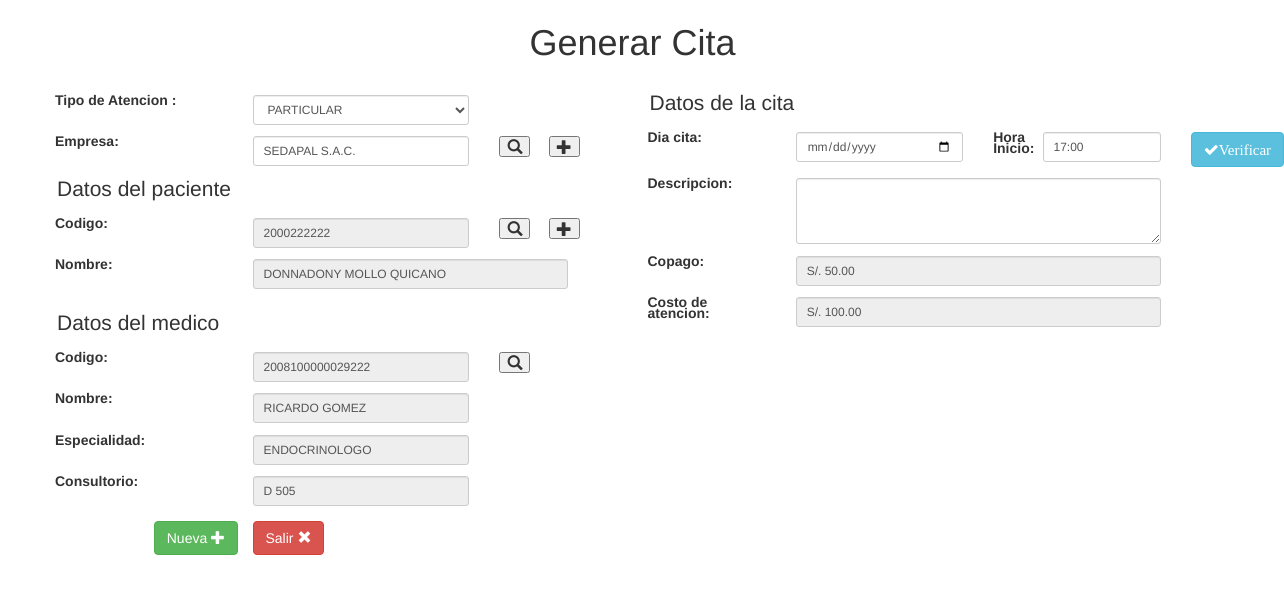
Repository: Donyx10/ADSII-ProyectoClinica
Page: http://localhost/AvanceWeb/GeneraCitaMedica.jsp
These files come from the project's save history. The page is drawn as it stood at one moment and after the next save; the edit follows.
The browser window is 1280 px wide. The page is 1284 px wide, so the pictures cover 1284 px, including what lies to the right of the window. The pictures show the whole page.
Some web fonts or font styles are not loaded; a fallback is used. The page is served by Tomcat 9. Other server files are loaded and not shown.

Above is the page before, as saved 2018-06-04 05:52:25.

### WebDemo/AvanceWeb/WebContent/GeneraCitaMedica.jsp
<!DOCTYPE html>
<html lang="esS">
<head>
<meta charset="UTF-8">
<meta name="viewport"
	content="width=device-width, initial-scale=1, maximum-scale=1, user-scalable=no">
<script type="text/javascript" src="js/jquery.min.js"></script>
<script type="text/javascript" src="js/jquery.dataTables.min.js"></script>
<script type="text/javascript" src="js/dataTables.bootstrap.min.js"></script>
<script type="text/javascript" src="js/bootstrap.min.js"></script>
<script type="text/javascript" src="js/bootstrapValidator.js"></script>
<link rel="stylesheet" href="css/bootstrap.css" />
<link rel="stylesheet" href="css/dataTables.bootstrap.min.css" />
<link rel="stylesheet" href="css/style.css" />
<link rel="stylesheet" href="css/bootstrapValidator.css" />
<link rel="stylesheet"
	href="https://cdnjs.cloudflare.com/ajax/libs/font-awesome/4.7.0/css/font-awesome.min.css">
<title>Generar Cita</title>

</head>
<body>

	<div class="container" style="padding-top: 3px; line-height: 0.8; padding-left: 0.01px;">
		<h1 align="center">Generar Cita</h1>
		<br>
		<br>
		<form action="generarCita" id="id_form">
			<div class="form-group row">
				<div class="col-md-6" >

					<div class="form-group row" align="left" id="atencion">
						<div class="col-md-12" >
							<div class="row">
								<div class="col-md-4">
									<label for="atencion">Tipo de Atencion : </label>
								</div>
								<div class="col-md-5">
									<select class="form-control input-sm" style="">
										<option>PARTICULAR
										<option>EPS
										<option>SEGURO
									</select>
								</div>
							</div>
							<br>
							<div class="row">
									<div class="col-md-4">
										<label class="" for="id_codigo">Empresa:</label>
									</div>
									<div class="col-md-5">
										<input class="form-control input-sm" type="text"
											value="SEDAPAL S.A.C." id="" name=""
											placeholder="Ingrese el codigo">
									</div>
									<div class="col-md-1" align="right">
										<button style="font-size: 15px">
											<i class="glyphicon glyphicon-search"></i>
										</button>
									</div>
									<div class="col-sm-1">
										<button style="font-size: 15px">
											<i class="glyphicon glyphicon-plus"></i>
										</button>
									</div>
								</div>

						</div>
					</div>

					<div class="form-group row" align="left" id="paciente">
						<div class="col-md-12" >
							<fieldset>
								<legend>Datos del paciente</legend>
								<div class="row">
									<div class="col-md-4">
										<label class="" for="id_codigo">Codigo:</label>
									</div>
									<div class="col-md-5">
										<input class="form-control input-sm" type="text" readonly="readonly"
											value="2000222222" id="" name=""
											placeholder="Ingrese el codigo">
									</div>
									<div class="col-md-1" align="right">
										<button style="font-size: 15px">
											<i class="glyphicon glyphicon-search"></i>
										</button>
									</div>
									<div class="col-sm-1">
										<button style="font-size: 15px">
											<i class="glyphicon glyphicon-plus"></i>
										</button>
									</div>
								</div>
								<br>
								<div class="row">
									<div class="col-md-4">
										<label class="" for="">Nombre:</label>
									</div>
									<div class="col-md-7">
										<input class="form-control input-sm" type="text" readonly="readonly"
											value="DONNADONY MOLLO QUICANO" id="" name=""
											placeholder="Ingrese el nombre" size="30">
									</div>
								</div>

							</fieldset>
						</div>

					</div>

					<br>
					<div class="form-group row" id="cita" >
						<div class="col-md-12">
						<fieldset>
								<legend>Datos del medico</legend>

								<div class="row">
									<div class="col-md-4">
										<label class="" for="id_codigo">Codigo:</label>
									</div>
									<div class="col-md-5">
										<input class="form-control input-sm" type="text" readonly="readonly"
											id="id_codigo" value="2008100000029222"
											name="computadora.nombre" placeholder="Ingrese el codigo">

									</div>
									<div class="col-md-1">
										<button style="font-size: 15px">
											<i class="glyphicon glyphicon-search"></i>
										</button>
									</div>
								</div>
								<br>
								<div class="row">
									<div class="col-md-4">
										<label class="" for="">Nombre:</label>
									</div>
									<div class="col-md-5">
										<input class="form-control input-sm" type="text" id="" readonly="readonly"
											value="RICARDO GOMEZ" name="" placeholder="Ingrese el nombre">
									</div>
								</div>
								<br>
								<div class="row">
									<div class="col-md-4">
										<label class="" for="">Especialidad:</label>
									</div>
									<div class="col-md-5">
										<input class="form-control input-sm" type="text" id="" name="" readonly="readonly"
											value="ENDOCRINOLOGO" placeholder="Ingrese la especialidad">
									</div>
								</div>
								<br>
								<div class="row">
									<div class="col-md-4">
										<label class="" for="">Consultorio:</label>
									</div>
									<div class="col-md-5">
										<input class="form-control input-sm" type="text" id="" name="" readonly="readonly"
											value="D 505" placeholder="Ingrese el consultorio">
									</div>
								</div>
							</fieldset>

						</div>
					</div>
					<div class="form-group row" id="botones">
						<div class="col-md-2" align="center"></div>
						<div class="col-md-2" align="center">
							<button type="submit" class="btn btn-success">
								Nueva <span class="glyphicon glyphicon-plus"></span>
							</button>
						</div>
						<div class="col-md-2" align="center">
							<button type="submit" class="btn btn-danger">
								Salir <span class="glyphicon glyphicon-remove"></span>
							</button>
						</div>
					</div>
				</div>
				<div class="col-md-6" >
					<div class="form-group row" id="medico"
						>
						<div class="col-md-12" >
							<fieldset>
								<legend>Datos de la cita </legend>
								<!--
								<div class="row">
									<div class="col-md-3">
										<label class="" for="">Especialidad:</label>
									</div>
									<div class="col-md-4">
										<select class="form-control input-sm">
											<option>TRAUMATOLOGIA
											<option>CIRUJIA
											<option>GINECOLOGIA
										</select>
									</div>
								</div>
								<br>
								 -->
								<!--
						<div class="row">
							<div class="col-md-3">
								<label class="" for="">Numero:</label>
							</div>
							<div class="col-md-3">
								<input class="form-control" type="text" id="" name="" value="001-000029"
									size="10" placeholder="Numero">
							</div>
						</div>
						<br>-->
								<div class="row">
									<div class="col-md-3">
										<label class="" for="id_codigo">Dia cita:</label>
									</div>
									<div class="col-md-4">
										<input class="form-control input-sm" type="date" id=""
											value="5/18/2018" name="" placeholder="Dia" size="10">

									</div>

									<div class="col-md-1">
										<label class="" for="id_codigo">Hora Inicio:</label>
									</div>
									<div class="col-md-3">
										<input class="form-control input-sm" type="text" id="" name=""
											value="17:00" placeholder="Hora" size="10">

									</div>
									<div class="col-md-1">
										<button style="font-size: 15px" class="btn btn-info">
											<i class="fa fa-check">Verificar</i>
										</button>

									</div>
								</div>
								<br>
								<div class="row">
									<div class="col-md-3">
										<label class="" for="">Descripcion:</label>
									</div>
									<div class="col-lg-8">
										<textarea class="form-control input-sm" rows="3" id="comment"></textarea>
									</div>
								</div>
								<br>
								<div class="row">
									<div class="col-md-3">
										<label class="" for="">Copago:</label>
									</div>
									<div class="col-lg-8">
										<input class="form-control input-sm" type="text" id="" name="" readonly="readonly"
											value="S/. 50.00" placeholder="Hora" size="10">
									</div>
								</div>
								<br>
								<div class="row">
									<div class="col-md-3">
										<label class="" for="">Costo de atencion:</label>
									</div>
									<div class="col-lg-8">
										<input class="form-control input-sm" type="text" id="" name="" readonly="readonly"
											value="S/. 100.00" placeholder="Hora" size="10">
									</div>
								</div>
							</fieldset>
						</div>
					</div>
				</div>
			</div>
		</form>
	</div>
</body>
</html>

### WebDemo/AvanceWeb/WebContent/css/style.css


.table-fixed {
	width: 100%;
	background-color: #f3f3f3;
}

.table-fixed tbody {
	height: 120px;
	overflow-y: auto;
	width: 100%;
}

.table-fixed thead, .table-fixed tbody, .table-fixed tr, .table-fixed td,
	.table-fixed th {
	display: block;
}

.table-fixed tbody td {
	float: left;
}

.table-fixed thead tr th {
	float: left;
	background-color: #f39c12;
	border-color: #e67e22;
}

legend {
    display: block;
    padding-left: 2px;
    padding-right: 2px;
    border: none;
}

Loaded but not shown: WebDemo/AvanceWeb/WebContent/js/jquery.min.js (library); WebDemo/AvanceWeb/WebContent/js/jquery.dataTables.min.js (library); WebDemo/AvanceWeb/WebContent/js/dataTables.bootstrap.min.js (common file); WebDemo/AvanceWeb/WebContent/js/bootstrap.min.js (library); WebDemo/AvanceWeb/WebContent/js/bootstrapValidator.js (library); WebDemo/AvanceWeb/WebContent/css/bootstrap.css (library); WebDemo/AvanceWeb/WebContent/css/dataTables.bootstrap.min.css (library); WebDemo/AvanceWeb/WebContent/css/bootstrapValidator.css (common file)

After the next save:
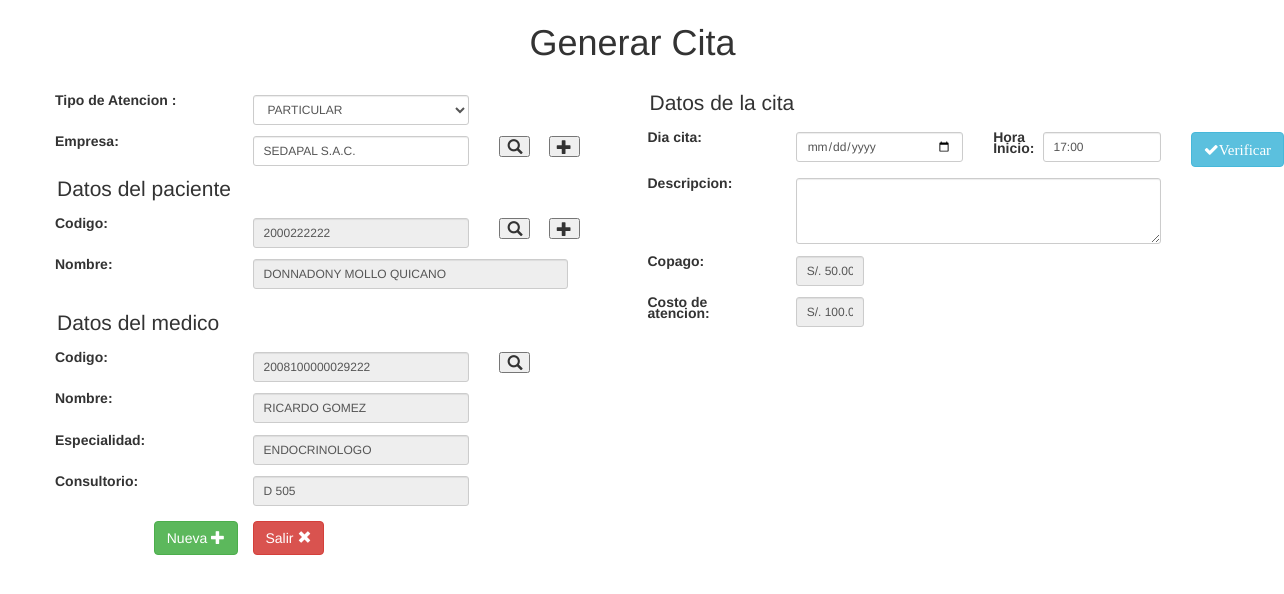
Saved 33 s later.
--- a/WebDemo/AvanceWeb/WebContent/GeneraCitaMedica.jsp
+++ b/WebDemo/AvanceWeb/WebContent/GeneraCitaMedica.jsp
@@ -249,7 +249,7 @@
 									<div class="col-md-3">
 										<label class="" for="">Copago:</label>
 									</div>
-									<div class="col-lg-8">
+									<div class="col-md-2">
 										<input class="form-control input-sm" type="text" id="" name="" readonly="readonly"
 											value="S/. 50.00" placeholder="Hora" size="10">
 									</div>
@@ -259,7 +259,7 @@
 									<div class="col-md-3">
 										<label class="" for="">Costo de atencion:</label>
 									</div>
-									<div class="col-lg-8">
+									<div class="col-md-2">
 										<input class="form-control input-sm" type="text" id="" name="" readonly="readonly"
 											value="S/. 100.00" placeholder="Hora" size="10">
 									</div>

After the save that followed:
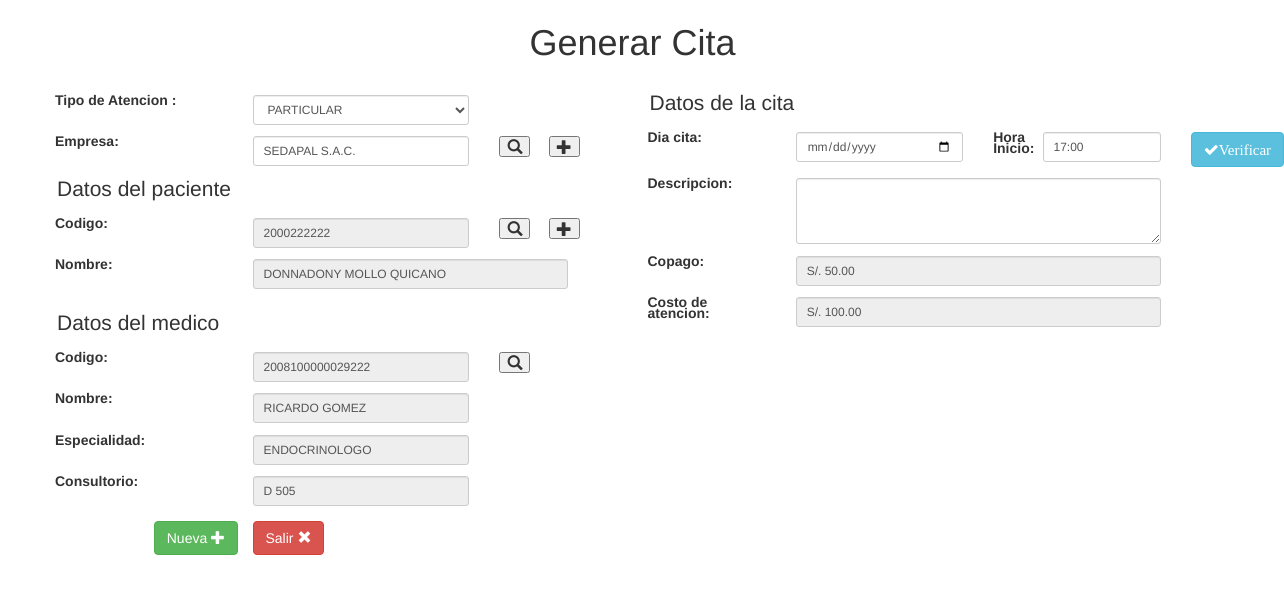
Saved 14 s later.
--- a/WebDemo/AvanceWeb/WebContent/GeneraCitaMedica.jsp
+++ b/WebDemo/AvanceWeb/WebContent/GeneraCitaMedica.jsp
@@ -249,7 +249,7 @@
 									<div class="col-md-3">
 										<label class="" for="">Copago:</label>
 									</div>
-									<div class="col-md-2">
+									<div class="col-lg-8">
 										<input class="form-control input-sm" type="text" id="" name="" readonly="readonly"
 											value="S/. 50.00" placeholder="Hora" size="10">
 									</div>
@@ -259,7 +259,7 @@
 									<div class="col-md-3">
 										<label class="" for="">Costo de atencion:</label>
 									</div>
-									<div class="col-md-2">
+									<div class="col-lg-8">
 										<input class="form-control input-sm" type="text" id="" name="" readonly="readonly"
 											value="S/. 100.00" placeholder="Hora" size="10">
 									</div>
